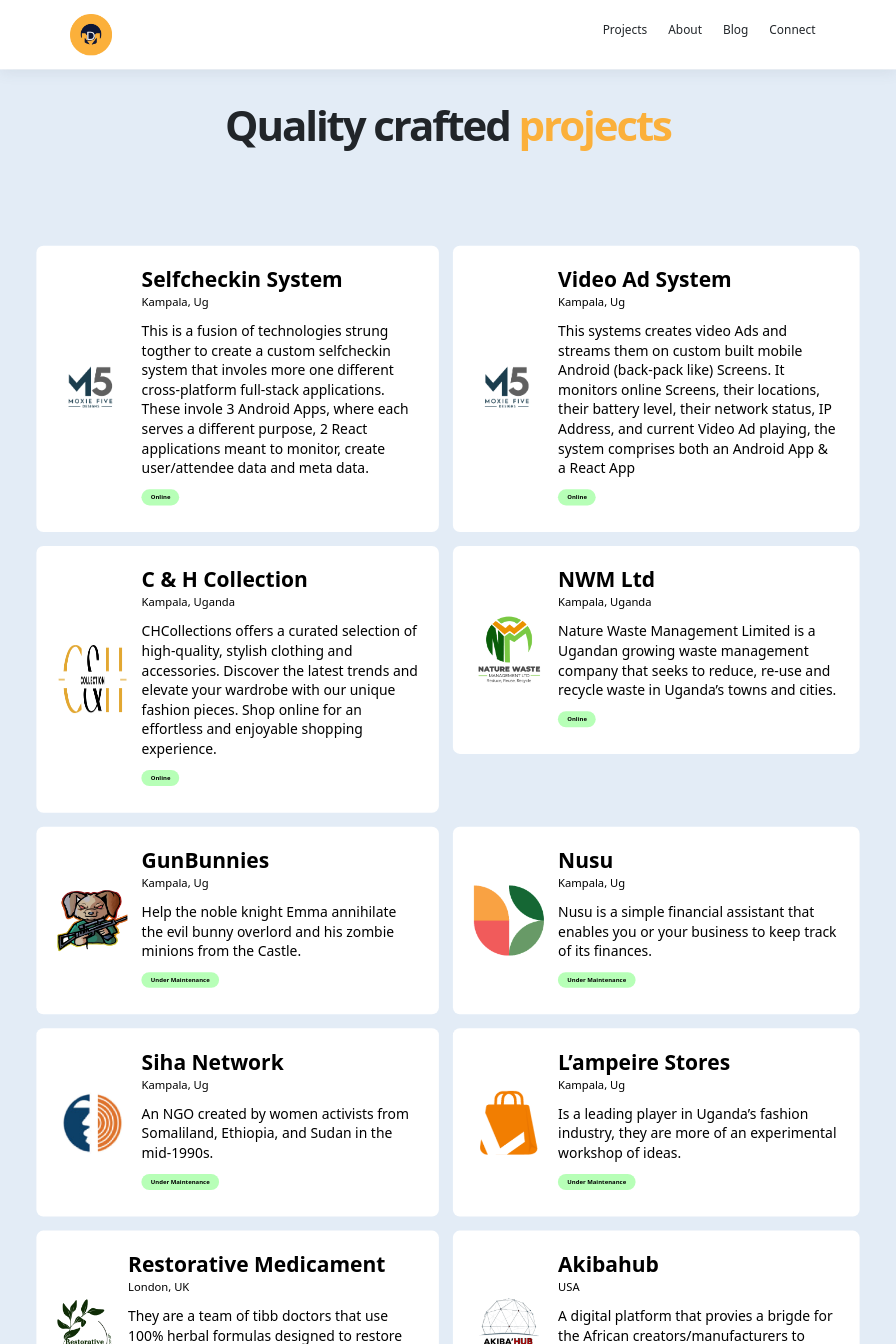
Repository: kaizoku010/firebrand
Page: /apps
An editor plug-in stored every save of this project. The page is shown before and after a run of saves, followed by the edit.
The browser window is 1280 px wide. The pictures show the part of the page from y = 0 to 1920 px (the page is 3893 px tall), at 70% of full size.
The project was rebuilt for these pictures with package versions that can differ from the ones it lists, and the page was loaded fresh each time. Also part of the build but not shown: vite.config.js, src/update/homescreen.css, src/update/homescreen.js, src/update/blog.css, src/update/blog.js, src/update/connect.css, src/update/connect.js. Imported but missing from the stored project, and not drawn on this page: src/update/about.js.

Above is the page before, as saved 2024-05-27 15:29:15.

After the next 2 saves:
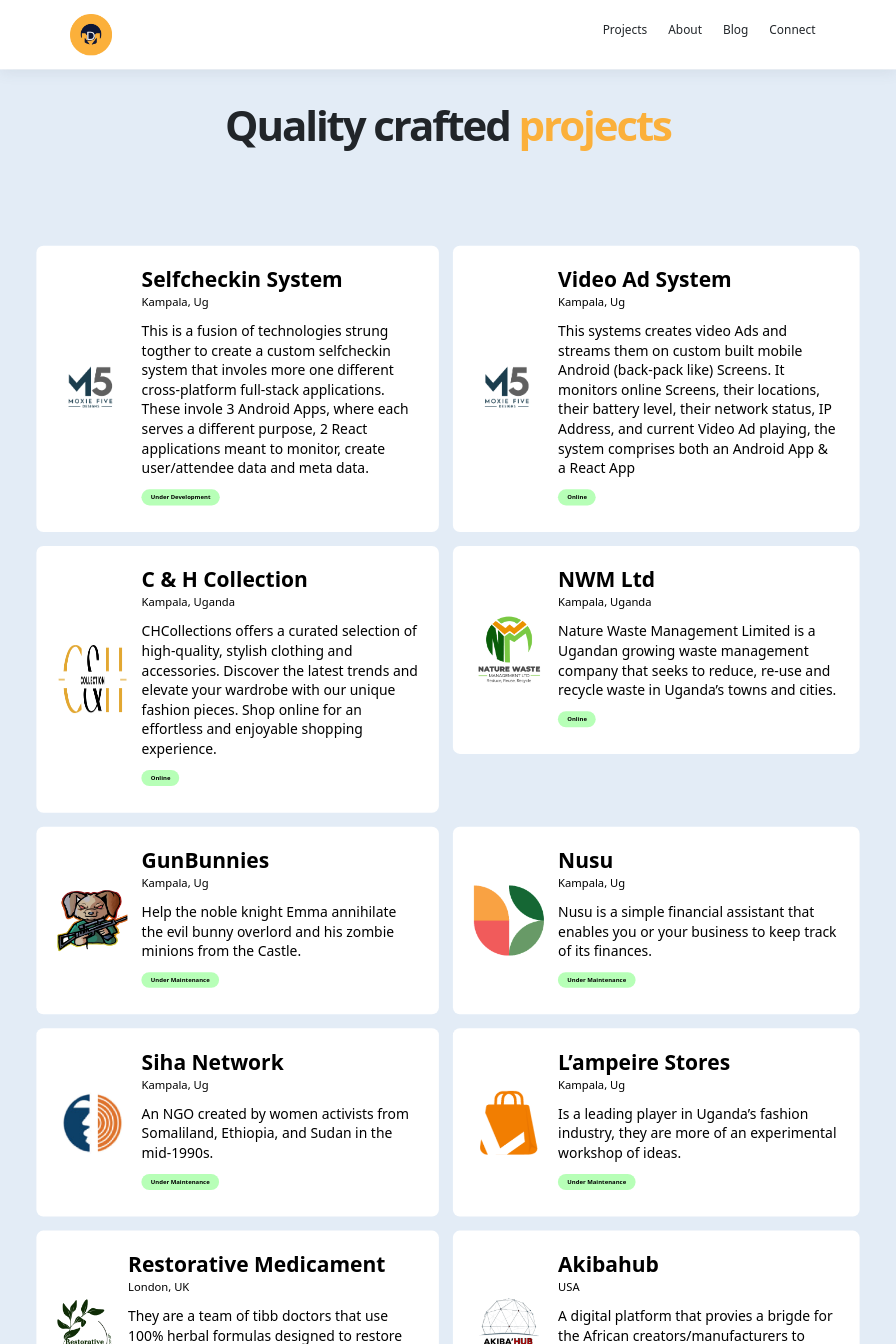
The 2 saves are shown as one change because they came seconds apart.
The last was saved 18 min 52 s later.
--- a/src/dataPoint/AllProjects.js
+++ b/src/dataPoint/AllProjects.js
@@ -25,7 +25,7 @@
     {
       id: '145',
       title: "Selfcheckin System",
-      techStacks: ["Online"],
+      techStacks: ["Under Development"],
       textColor: 'lightBlue',
       location: 'Kampala, Ug',
        desc: 'This is a fusion of technologies strung togther to create a custom selfcheckin system that involes more one different cross-platform full-stack applications. These invole 3 Android Apps, where each serves a different purpose, 2 React applications meant to monitor, create user/attendee data and meta data.',
